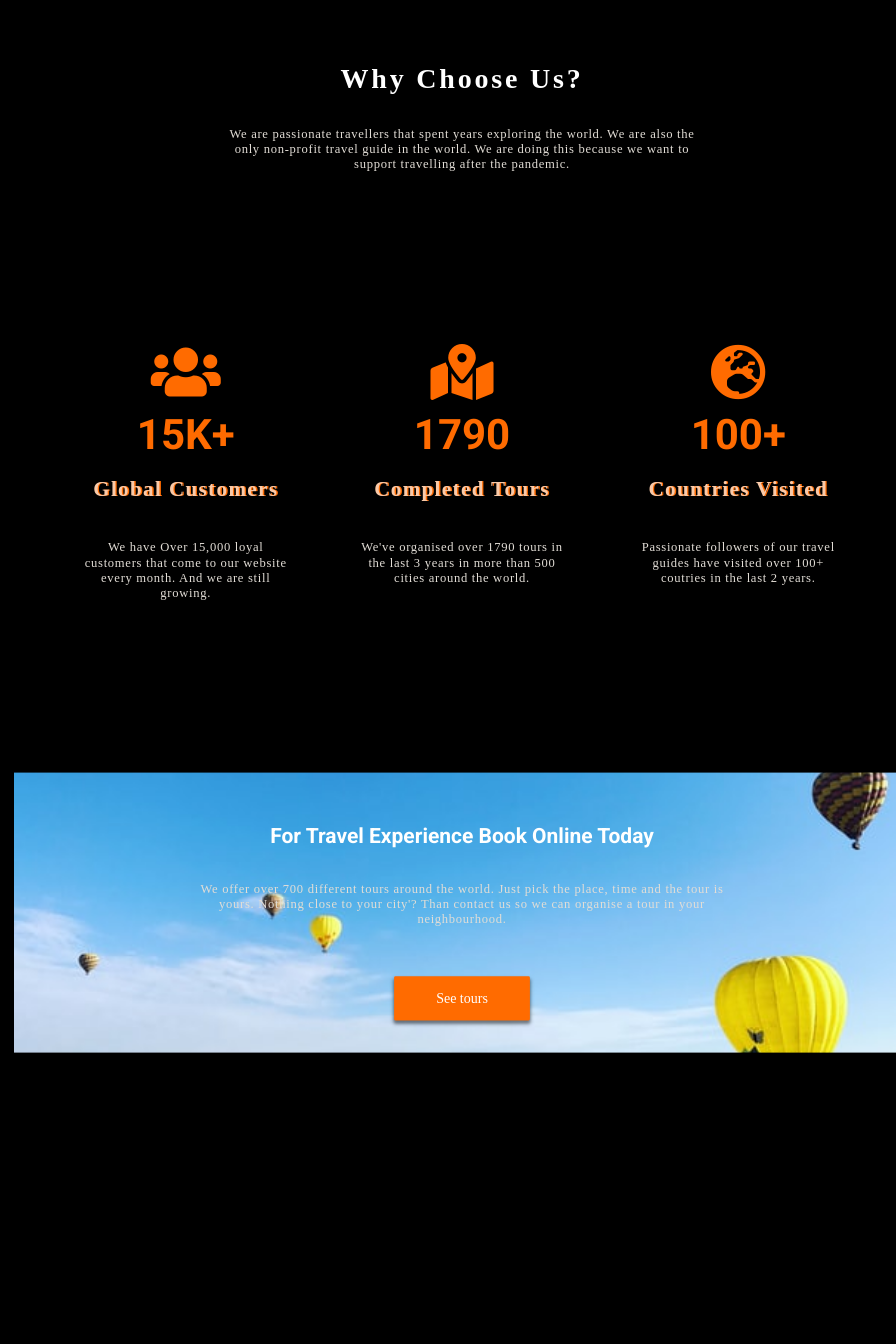
Repository: Hunga9k50doker/wildver-travel
Page: src/index.html
The author's editor kept a copy of each file at every save. The page is drawn from the files as they stood at one save, then again after a run of saves.
The browser window is 1280 px wide. The pictures show the part of the page from y = 4544 to 6464 px (the page is 6464 px tall), at 70% of full size.
Some web fonts or font styles are not loaded; a fallback is used. The style sheet was rebuilt from its Sass, Less or Tailwind sources for each picture, by a compiler version that may differ from the author's.

Above is the page before, as saved 2021-08-27 22:00:17.

After the next 3 saves:
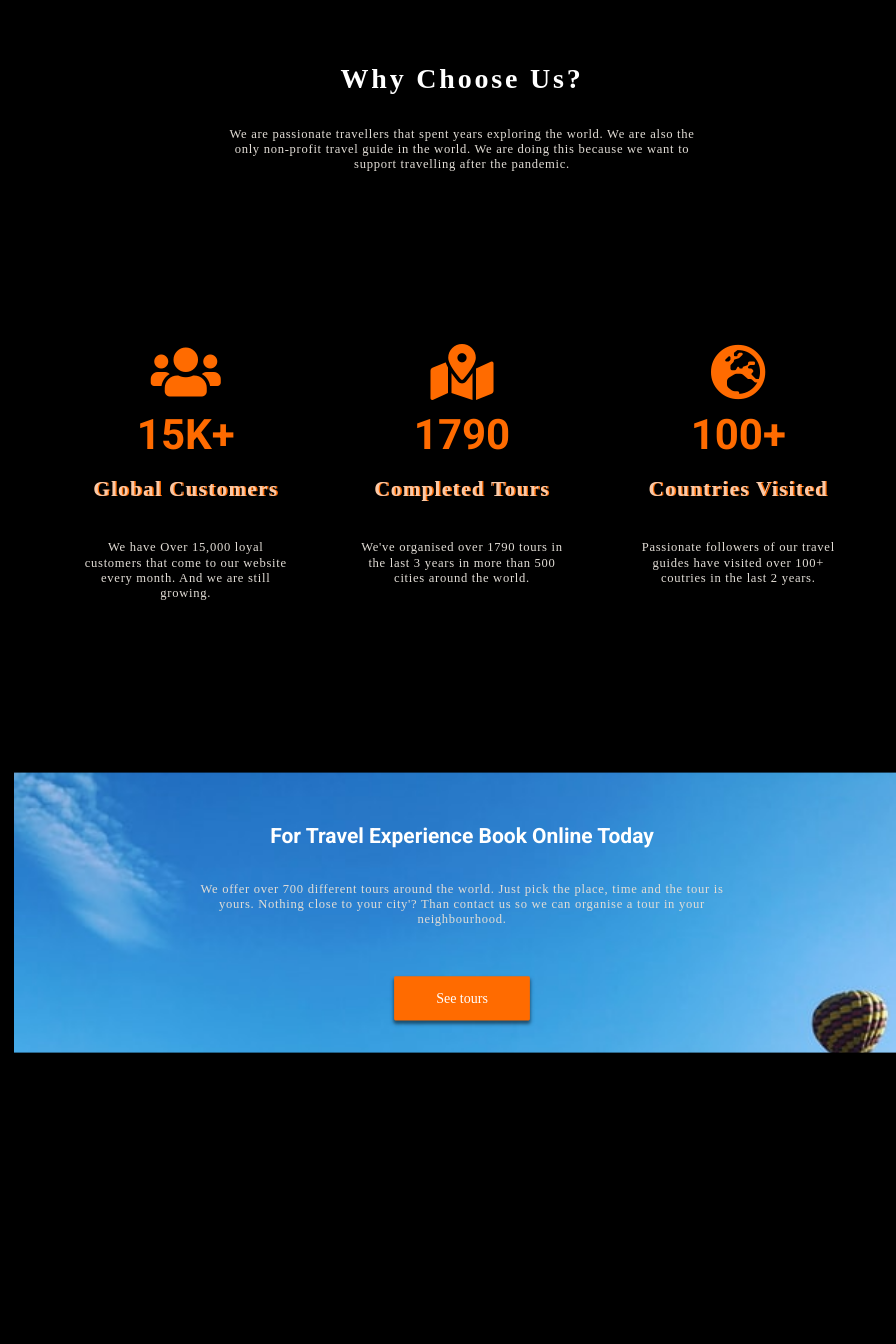
The 3 saves are shown as one change because they came seconds apart.
The last was saved 14 s later.
--- a/src/resources/scss/container.scss
+++ b/src/resources/scss/container.scss
@@ -213,7 +213,7 @@ $mode: cubic-bezier(0.17, 0.67, 0.55, 1.43);
                 justify-content: center;
                 text-align: center;
                 // background: url(/src/public/img/airBllon.jpg) no-repeat center cover;
-                background: url(/src/public/img/airBllon.jpg) no-repeat center    ;
+                background: url(/src/public/img/airBllon.jpg) no-repeat     ;
                 background-size: 100%;
                 flex-direction: column;
                 h3{
